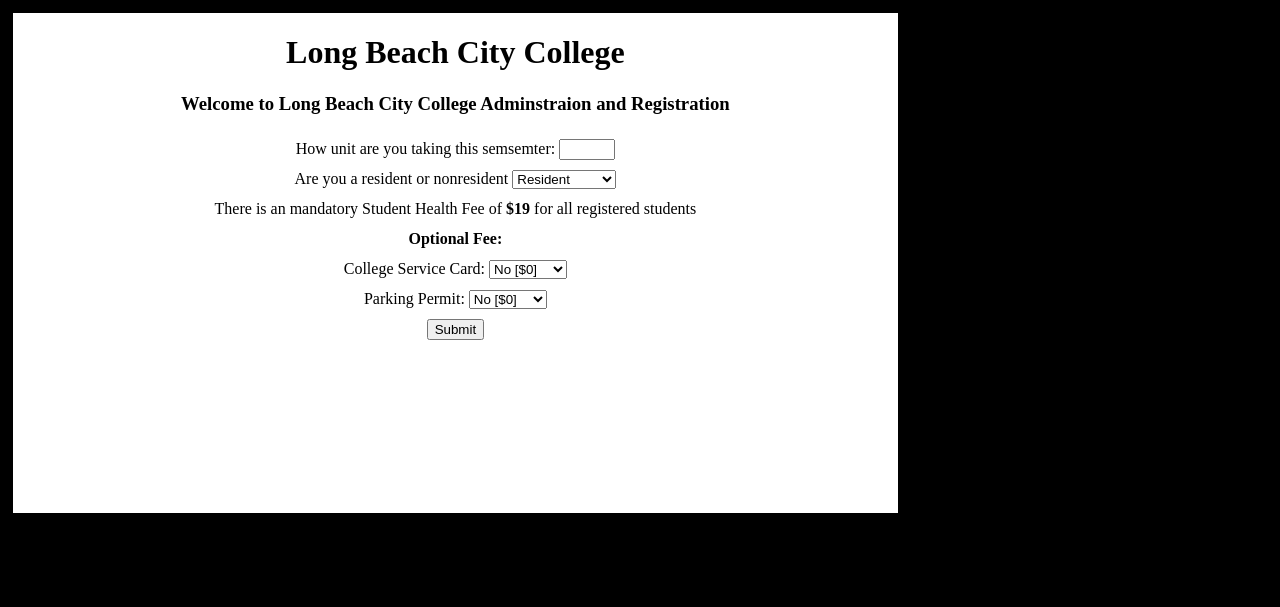
Repository: Lpanglb/COSW30
Page: Homework/HW3/tuition_calculator.html
The author's editor kept a record of every edit. The page is drawn from the files as they stood at one moment, then again after the next edit.
The browser window is 1280 px wide. The pictures show the whole page.

Above is the page before.

After the next edit:
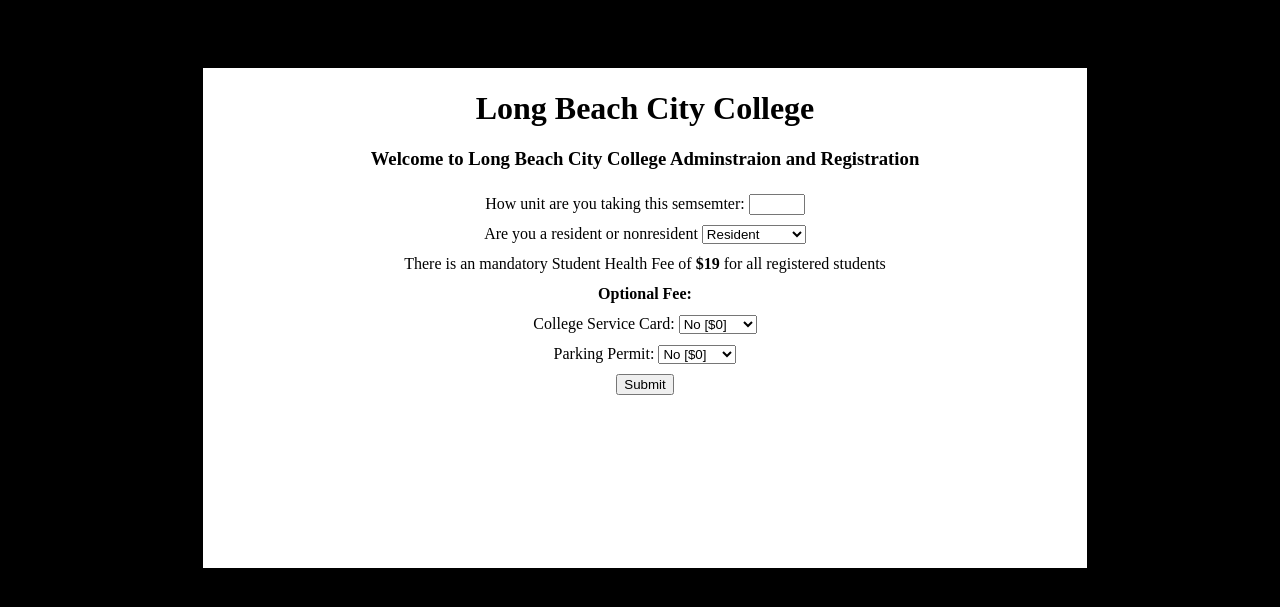
The edit:
--- a/Homework/HW3/tuition_calculator.html
+++ b/Homework/HW3/tuition_calculator.html
@@ -20,6 +20,7 @@
             height: 500px;
             width: 70%;
              background-color: white;
+             margin: 5% 15% 10% 15%;
         }
 
     </style>
